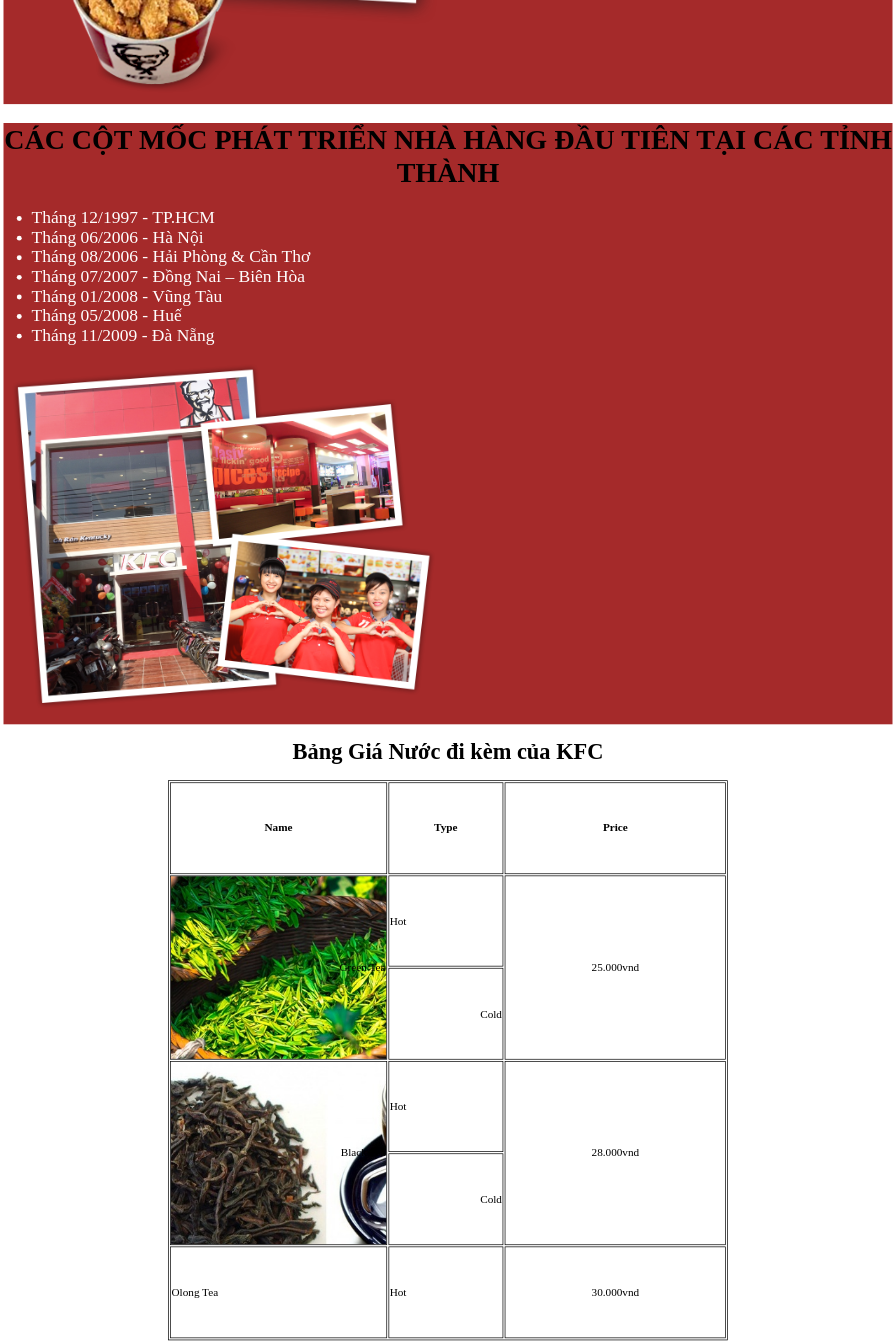
Repository: giahuy405/BC38__-BaiTapHTML_KFC__Pham_Gia_Huy
Page: index.html
These files come from the project's save history. The page is drawn as it stood at one moment and after the next save; the edit follows.
The browser window is 1280 px wide. The pictures show the part of the page from y = 1044 to 2964 px (the page is 2964 px tall), at 70% of full size.

Above is the page before, as saved 2022-09-06 20:12:04.

### index.html
<!DOCTYPE html>
<html lang="en">
<head>
    <meta charset="UTF-8">
    <meta http-equiv="X-UA-Compatible" content="IE=edge">
    <meta name="viewport" content="width=device-width, initial-scale=1.0">
    <title>Document</title>
    <link rel="stylesheet" href="./css/index.css">
</head>
<body>
    <header>
        <img src="./img/logo.png" alt="">
        <h1>KFC</h1>
    </header>
    <nav>
        <ul>
            <li><a href="#">Giới thiệu</a></li>
            <li><a href="#">Phát Triển</a></li>
            <li><a href="#">Đi tới trang Tin tức</a></li>
            <li><a href="#">Đi tới trang Khuyến mãi</a></li>
        </ul>
    </nav>
    <div class="introduce-KFC">
        <h1>Giới thiệu KFC</h1>

        <p>KFC là cụm từ viết tắt của Kentucky Fried Chicken - Gà Rán Kentucky, một trong các thương hiệu thuộc Tập đoàn Yum Brands Inc (Hoa Kỳ). KFC chuyên về các sản phẩm gà rán và nướng, với các món ăn kèm theo và các loại sandwiches chế biến từ thịt gà tươi. Hiện nay đang có hơn 20.000 nhà hàng KFC tại 109 quốc gia và vùng lãnh thổ trên toàn thế giới.
        <br>
            <span><i style="color:black;"><b>KFC nổi tiếng thế giới với công thức chế biến gà rán truyền thống Original Recipe, được tạo bởi cùng một công thức pha trộn bí mật 11 loại thảo mộc và gia vị khác nhau do Đại tá Harland Sanders hoàn thiện hơn nửa thế kỷ trước.</b></i></span> Ngoài thực đơn gà rán, KFC còn đa dạng hóa sản phẩm tạo nên thực đơn vô cùng phong phú dành cho người tiêu dùng trên toàn thế giới có thể thưởng thức hơn 300 món ăn khác nhau từ món gà nướng tại thị trường Việt Nam cho tới sandwich cá hồi tại Nhật Bản.
        </p>
        <img style="width:50%" src="./img/about-pic-1.png" alt="">
    </div>

    <div class="branch-KFC">
        <h1>CÁC CỘT MỐC PHÁT TRIỂN NHÀ HÀNG ĐẦU TIÊN TẠI CÁC TỈNH THÀNH</h1>

        <ul>
            <li>Tháng 12/1997 - TP.HCM</li>
            <li>Tháng 06/2006 - Hà Nội</li>
            <li>Tháng 08/2006 - Hải Phòng & Cần Thơ</li>
            <li>Tháng 07/2007 - Đồng Nai – Biên Hòa</li>
            <li>Tháng 01/2008 - Vũng Tàu</li>
            <li>Tháng 05/2008 - Huế</li>
            <li>Tháng 11/2009 - Đà Nẵng</li>
        </ul>
        <img style="width:50%" src="./img/about-pic-3.png" alt="">

    </div>

    <div class="menu-water">
        <h1>Bảng Giá Nước đi kèm của KFC</h1>

        <table>
            <tr>
                <th colspan="2">Name</th>
                <th>Type</th>
                <th>Price</th>
            </tr>
            <tr>
                <td colspan="2" rowspan="2"  style="background-image: url(./img/greentea.jpg); text-align:right">
                      Green Tea
                </td>
                <td>Hot</td>
                <td rowspan="2" align="center">25.000vnd</td>
            </tr>
            <tr>
                <td align="right">Cold</td>
            </tr>
            <tr>
                <td colspan="2" rowspan="2" style="background-image:url(./img/blacktea.jpg); text-align:right">Black Tea</td>
                <td>Hot</td>
                <td rowspan="2" align="center">28.000vnd</td>
            </tr>
            <tr>
                <td style="text-align:right">Cold</td>
            </tr>
            <tr>
                <td colspan="2" rowspan="2" align="left" style="background-imgae:url(./img/olongtea.jpg)">Olong Tea</td>
                <td align="left">Hot</td>
                <td align="center">30.000vnd</td>
            </tr>
        </table>
    </div>
</body>
</html>

### css/index.css
*{
    box-sizing: border-box;
}
body{
    padding: 0;
    margin: 5px;
}
header img{
    width: 100px;
}
header h1{
    background-color: red;
    color: white;
}
nav ul{
    list-style: none;
    padding: 0;
}
nav ul li a{
    font-size: 20px;
    color: blue;
}
.introduce-KFC{
    background-color: #a52a2a;
}
.introduce-KFC h1{
    text-align:center ;
    font-size: 40px;
    color: white;
}
.introduce-KFC p{
    font-size: 30px;
    color: white;
    text-align: justify;
}
.branch-KFC{
    background-color: #a52a2a;
}
.branch-KFC h1{
    font-size: 40px;
    text-align: center;
}
.branch-KFC ul li{
    font-size: 25px;
    color: white;
}
.menu-water h1{
    text-align: center;
}
.menu-water table,th,td{

    border: 1px solid black;
}
.menu-water table{
    width: 800px;
    height: 800px;
    margin: 0 auto;
}

After the next save:
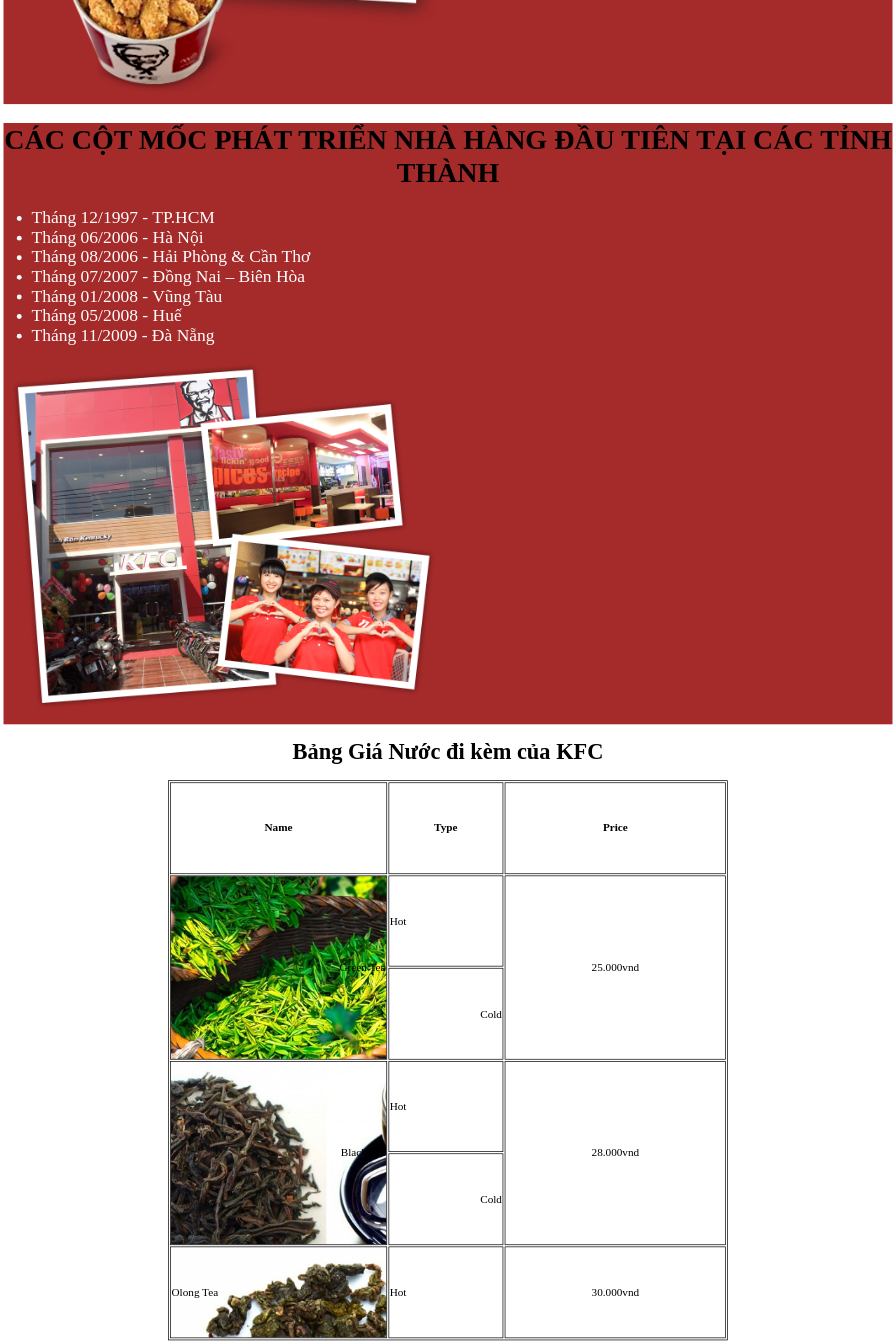
Saved 10 s later.
--- a/index.html
+++ b/index.html
@@ -74,7 +74,7 @@
                 <td style="text-align:right">Cold</td>
             </tr>
             <tr>
-                <td colspan="2" rowspan="2" align="left" style="background-imgae:url(./img/olongtea.jpg)">Olong Tea</td>
+                <td colspan="2" rowspan="2" align="left" style="background-image:url(./img/olongtea.jpg)">Olong Tea</td>
                 <td align="left">Hot</td>
                 <td align="center">30.000vnd</td>
             </tr>
